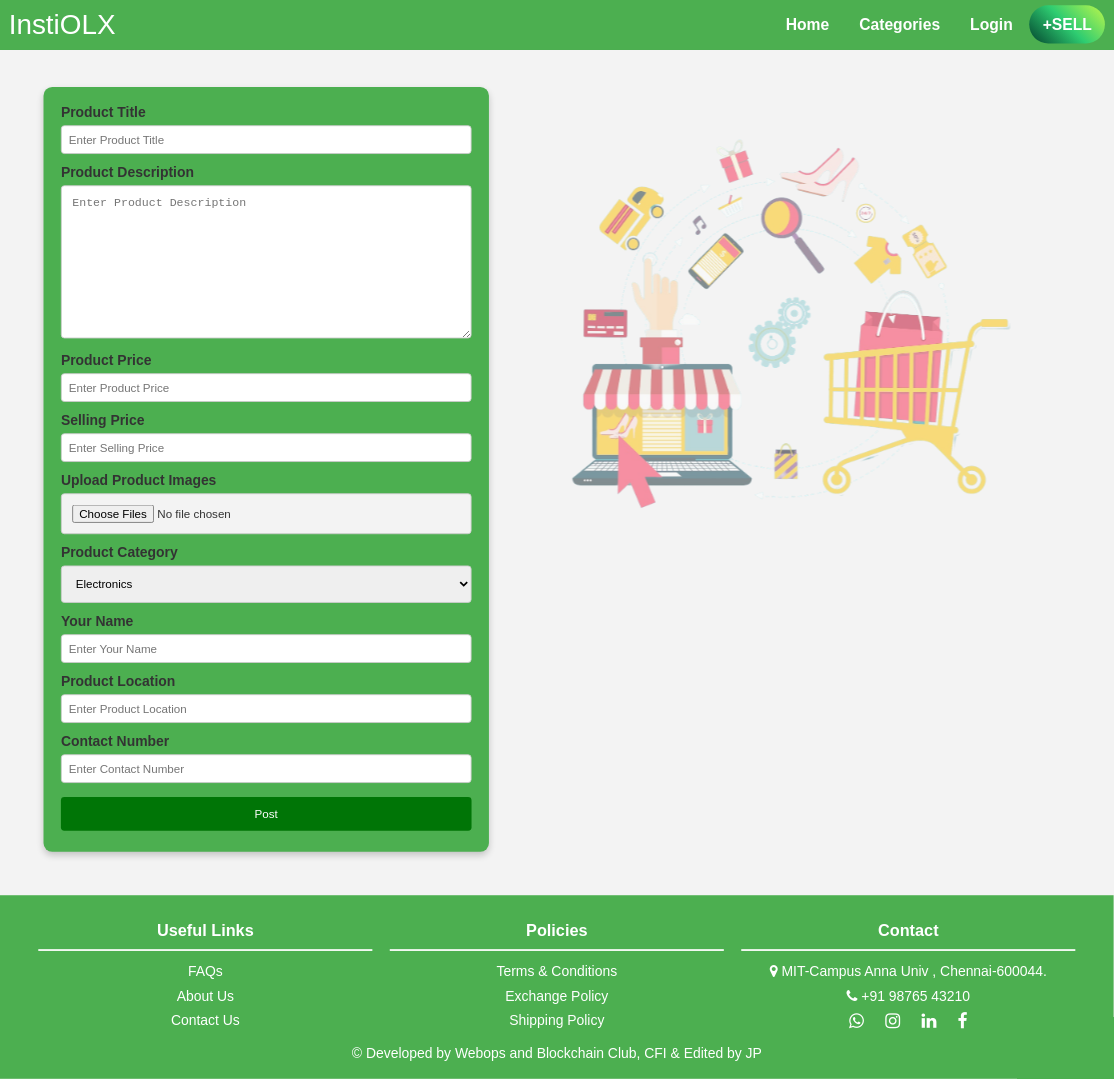
Repository: John-Prabu-A/web-dev-summer-school
Page: Session_1_Assignment/sell.html
The author's editor kept a copy of each file at every save. The page is drawn from the files as they stood at one save, then again after the next save.
The browser window is 1280 px wide. The pictures show the whole page, at 87% of full size.

Above is the page before, as saved 2024-06-20 17:13:38.

### Session_1_Assignment/sell.html
<!DOCTYPE html>
<html lang="en">

<head>
    <meta charset="UTF-8">
    <meta name="viewport" content="width=device-width, initial-scale=1.0">
    <title>InstiOLX</title>
    <link rel="stylesheet" href="Styles.css">
    <link rel="stylesheet" href="https://cdnjs.cloudflare.com/ajax/libs/font-awesome/4.7.0/css/font-awesome.min.css">
    <link rel="stylesheet" href="sell-page.css">
</head>

<body>
    <header>
        <div id="logo">InstiOLX</div>
        <div class="navbar">
            <a href="/Session_1_Assignment/index.html">Home</a>
            <span class="nav-link">
                <a href="#">Categories</a>
                <a href="#">Login</a>
                <a href="/Session_1_Assignment/sell.html"
                    style="background:linear-gradient(45deg, #03442e, #2ECC71 , #BDF74B );text-align:center;border-radius:40px;">+SELL</a>
            </span>
        </div>
    </header>

    <img src="/Session_1_Assignment/sell-page-bg.png" alt="sell-page-image">
    <form action="" class="container" method="post">
        <label for="product-title"><b>Product Title</b></label>
        <input type="text" placeholder="Enter Product Title" name="product-title" required>

        <Lable for="product-description"><b>Product Description</b></Lable>
        <textarea name="product-description" id="product-description" cols="30" rows="10"
            placeholder="Enter Product Description" required></textarea>

        <label for="product-price"><b>Product Price</b></label>
        <input type="text" placeholder="Enter Product Price" name="product-price" required>

        <label for="selling-price"><b>Selling Price</b></label>
        <input type="text" placeholder="Enter Selling Price" name="selling-price" required>

        <!-- multiple photo upload -->
        <label for="product-image"><b>Upload Product Images</b></label>
        <input type="file" name="product-image" id="product-image" multiple required>

        <label for="product-category"><b>Product Category</b></label>
        <select name="product-category" id="product-category" required>
            <option value="electronics">Electronics</option>
            <option value="furniture">Furniture</option>
            <option value="vehicles">Vehicles</option>
            <option value="clothing">Clothing</option>
            <option value="books">Books</option>
            <option value="miscellaneous">Miscellaneous</option>
            <option value="other">Other</option>
        </select>

        <label for="seller-name"><b>Your Name</b></label>
        <input type="text" placeholder="Enter Your Name" name="seller-name" required>

        <label for="product-location"><b>Product Location</b></label>
        <input type="text" placeholder="Enter Product Location" name="product-location" required>

        <label for="product-contact"><b>Contact Number</b></label>
        <input type="text" placeholder="Enter Contact Number" name="product-contact" required>

        <button type="submit">Post</button>
    </form>
    <footer class="footer">
        <div class="footer-container">
            <div class="footer-column">
                <h3>Useful Links</h3>
                <ul>
                    <li><a href="#">FAQs</a></li>
                    <li><a href="#">About Us</a></li>
                    <li><a href="#">Contact Us</a></li>
                </ul>
            </div>
            <div class="footer-column">
                <h3>Policies</h3>
                <ul>
                    <li><a href="#">Terms & Conditions</a></li>
                    <li><a href="#">Exchange Policy</a></li>
                    <li><a href="#">Shipping Policy</a></li>
                </ul>
            </div>
            <div class="footer-column">
                <h3>Contact</h3>
                <p><i class="fa fa-map-marker"></i> MIT-Campus Anna Univ , Chennai-600044.</p>
                <p><i class="fa fa-phone"></i> +91 98765 43210</p>
                <div class="social-icons">
                    <a href="#" class="fa fa-whatsapp"></a>
                    <a href="#" class="fa fa-instagram"></a>
                    <a href="#" class="fa fa-linkedin"></a>
                    <a href="#" class="fa fa-facebook"></a>
                </div>
            </div>
            © Developed by Webops and Blockchain Club, CFI & Edited by JP
        </div>
    </footer>
</body>

</html>

### Session_1_Assignment/Styles.css
* {
    box-sizing: border-box;
    margin: 0;
    padding: 0;
}

body {
    font-family: 'Gill Sans', 'Gill Sans MT', Calibri, 'Trebuchet MS', sans-serif;
    background-color: white;
    color: #333;
}

header{
    background-color: #4CAF50;
    color: white;
    padding: 10px;
    display: flex;
    justify-content: space-between;
    align-items: center;
    position: fixed;
    width: 100%;
    z-index: 100;
  }
  header #logo {
    font-size: 2em;
  }

  header .navbar a{
    color: white;
    font-weight: bold;
    font-size: 18px;
    padding: 12px 15px;
    text-decoration: none;
  }
  header .navbar a:hover{
    background-color: #45a049;
  }
.banner {
    position: relative;
    padding: 60px 0 0 0;
}

.banner img {
    width: 100%;
}

.search-bar {
    margin: 20px;
    display: flex;
    justify-content: center;
}

.search-bar input[type="text"] {
    width: 300px;
    padding: 10px;
    border: 2px solid #4CAF50;
    border-radius: 5px 0 0 5px;
    border-right: 0;
    outline: none;             /*On starting to type it creates balck border by default,so to avoid it v use this*/
}

.search-bar button {
    padding: 10px 20px;
    border: 2px solid #4CAF50;
    border-left: 0;
    background-color: #4CAF50;
    color: white;
    cursor: pointer;
    border-radius: 0 5px 5px 0;
}

.search-bar button:hover {
    background-color: #45a049;
}

.slideshow-container {
    display: flex;
    justify-content: center;
    gap: 50px;
    flex-wrap: wrap;
}

.slideshow {
    position: relative;
    width: 350px;
    height: 350px;
    overflow: hidden;
    border-radius: 20px;
    border: 2px solid #ddd;
    box-shadow: 0 0 10px rgba(0, 0, 0, 0.1);
}

.slideshow-image {
    position: absolute;
    width: 100%;
    height: 100%;
    background-size: cover;
    opacity: 0;
    animation-iteration-count: infinite;
}

.image1 { background-image: url('https://encrypted-tbn0.gstatic.com/images?q=tbn:ANd9GcQVwGVsuaL7RGKo6A_Sqq83s5_6XYFMhHsjug&s');
          animation-name: fade1;
          animation-duration: 4s; }
.image2 { background-image: url('https://5.imimg.com/data5/WS/NI/FV/SELLER-11710265/mad-maxx-bicycles-avengers-single-kids-cycle-500x500.jpg');
          animation-name: fade2;
          animation-duration: 4s; }
.image3 { background-image: url('https://5.imimg.com/data5/SELLER/Default/2022/7/YX/MH/UK/153492086/pulsar-150cc-twin-disk-500x500.png');
          animation-name: fade3;
          animation-duration: 4s; }
.image4 { background-image: url('https://cpimg.tistatic.com/07673503/b/4/Toyota-Innova-Crysta.jpg');
          animation-name: fade1;
          animation-duration: 4s; }
.image5 { background-image: url('https://tiimg.tistatic.com/fp/1/007/862/most-advanced-modern-premium-lg-7-kg-front-fully-automatic-washing-machine-255.jpg');
          animation-name: fade2;
          animation-duration: 4s; }
.image6 { background-image: url('https://5.imimg.com/data5/SELLER/Default/2022/3/MI/KE/UL/19250422/whirlpool-1-0-ton-3-star-inverter-split-ac-500x500.jpg');
          animation-name: fade3;
          animation-duration: 4s; }
.image7 { background-image: url('https://5.imimg.com/data5/SELLER/Default/2021/8/HZ/XR/AC/8962391/household-vacuum-cleaner-500x500.jpg');
          animation-name: fade1;
          animation-duration: 4s; }
.image8 { background-image: url('https://static.nbastore.in/resized/500X500/50/nba-authentic-series-indoor-outdoor-basketball-size-7-brown-65146fd7e6af2.jpg');
          animation-name: fade2;
          animation-duration: 4s; }
.image9 { background-image: url('https://m.media-amazon.com/images/I/61KOc8c4xQL._SL1200_.jpg');
          animation-name: fade3;
          animation-duration: 4s; }

@keyframes fade1 {
    0%, 33.33% { opacity: 1; }
    33.34%, 100% { opacity: 0; }
}
@keyframes fade2 {
    0%, 33.33% { opacity: 0; }
    33.34%, 66.66% { opacity: 1; }
    66.67%, 100% { opacity: 0; }
}
@keyframes fade3 {
    0%, 66.66% { opacity: 0; }
    66.67%, 100% { opacity: 1; }
}

.container {
    position: relative;
    max-width: 100%;
  }

    .image {
        opacity: 1;
        display: block;
        width: 100%;
        height: auto;
    }

  .middle {
    opacity: 0;
    width: 80%;
    position: absolute;
    top: 50%;
    left: 50%;
    transform: translate(-50%, -50%);
    text-align: center;
  }
  .text {
    color: #4CAF50;
    font-size: 16px;
    padding: 16px 32px;
  }
  .container:hover .image {
    opacity: 0.3;
  }

  .container:hover .middle {
    opacity: 1;
  }


.product-listings {
    display: flex;
    flex-wrap: wrap;
    justify-content: center;
    margin: 20px;
    border: 5px solid #4CAF50;
    border-radius: 15px;
    padding: 25px;
}

.product {
    background-color: white;
    border: 2px solid #e0e0e0;
    border-radius: 10px;
    margin: 30px;
    padding: 15px;
    width: 220px;
    text-align: center;
    transition: transform 0.5s, box-shadow 0.3s;
}

.product:hover {
    box-shadow: 0 4px 8px rgba(0, 0, 0, 0.2);
    transform: scale(1.05);
}

.product img {
    max-width: 100%;
    border-bottom: 1px solid #e0e0e0;
    margin-bottom: 10px;
}

.product-info h2 {
    font-size: 1.2em;
    margin-bottom: 10px;
    color: #4CAF50;
}

.product-info p {
    font-size: 1em;
    color: #777;
}

.footer {
    background-color: #4CAF50;
    color: white;
    text-align: center;
    padding: 20px 0;
    margin-top: 40px;
}

.footer-container {
    display: flex;
    flex-wrap: wrap;
    justify-content: center;
}

.footer-column {
    width: 30%;
    margin: 10px;
}

.footer-column h3 {
    border-bottom: 2px solid #fff;
    padding-bottom: 10px;
    margin-bottom: 15px;
}

.footer-column ul {
    list-style-type: none;
}

.footer-column ul li {
    margin: 10px ;
}

.footer-column ul li a {
    color: white;
    text-decoration: none;
}

.footer-column p {
    margin-top: 10px;
}

.footer-column .social-icons {
    margin-top: 10px;
}

.footer-column .social-icons a {
    color: white;
    text-decoration: none;
    margin: 0 10px;
    font-size: 20px;
}


@media screen and (max-width: 780px) {

    .slideshow-container {
        flex-direction: column;
        gap: 20px;
    }

    .slideshow {
        margin:auto;
    }

    .nav-link {
        display: none;
    }

    .middle {
        display: none;
    }

    .product {
        width: 100%;
    }
    .product-listings {
        margin: 10px;
    }
    .footer-column {
        width: 100%;
    }
    .footer-column ul {
        text-align: center;
    }
    .footer-column .social-icons {
        text-align: center;
    }
    .footer-column .social-icons a {
        margin: 0 5px;
    }
}

### Session_1_Assignment/sell-page.css
body {
    font-family: Arial, Helvetica, sans-serif;
    background-color: #f3f3f3;
}

img {
    display: block;
    position: fixed;
    right: 0;
    top: 15%;
    padding: 16px;
    width: 60%;
    height: auto;
    z-index: -1;
    box-sizing: border-box;
    opacity: 0.5;
    transition: opacity 0.2s ease-out;
}

.sticky-container {
    position: -webkit-sticky;
    position: sticky;
    top: 0;
    height: 100px;
}

.container {
    display: block;
    position: relative;
    top: 100px;
    padding: 16px;
    margin: 0 20px 150px 50px;
    background-color: #4CAF50;
    padding: 20px;
    width: 40%;
    border-radius: 10px;
    box-shadow: 0 4px 8px 0 rgba(0, 0, 0, 0.2);
}

input[type=text],
select,
textarea {
    width: 100%;
    padding: 8px;
    border: 1px solid #ccc;
    border-radius: 4px;
    box-sizing: border-box;
    margin-top: 6px;
    margin-bottom: 12px;
    resize: vertical;
}

button {
    background-color: #007506;
    color: white;
    padding: 12px 20px;
    margin: 4px 0;
    border: 2px none #007506;
    border-radius: 4px;
    cursor: pointer;
    width: 100%;
}

button:hover {
    background-color: #fff;
    color: #007506;
    border: 2px solid #007506;
    transform: scale(1.02);
    transition: 0.2s;
}

.container label {
    font-weight: bold;
}

.container select {
    width: 100%;
    padding: 12px;
    border: 1px solid #ccc;
    border-radius: 4px;
    box-sizing: border-box;
    margin-top: 6px;
    margin-bottom: 12px;
    resize: vertical;
}

.container textarea {
    width: 100%;
    padding: 12px;
    border: 1px solid #ccc;
    border-radius: 4px;
    box-sizing: border-box;
    margin-top: 6px;
    margin-bottom: 12px;
    resize: vertical;
}

.container input[type=file] {
    width: 100%;
    padding: 12px;
    border: 1px solid #ccc;
    background-color: #f3f3f3;
    border-radius: 4px;
    box-sizing: border-box;
    margin-top: 6px;
    margin-bottom: 12px;
    resize: vertical;
}

@media (max-width: 768px) {
    .product-listings {
        margin: 10px;
    }

    .product {
        margin: 10px;
    }

    img {
        width: 100%;
        margin: 0 auto;
        top: 50px;
        display: block;
        position: relative;
    }

    .container {
        width: 80dvw;
        margin-top: 0px;
        top: 0;
    }

    .footer-column {
        width: 100%;
    }
}

After the next save:
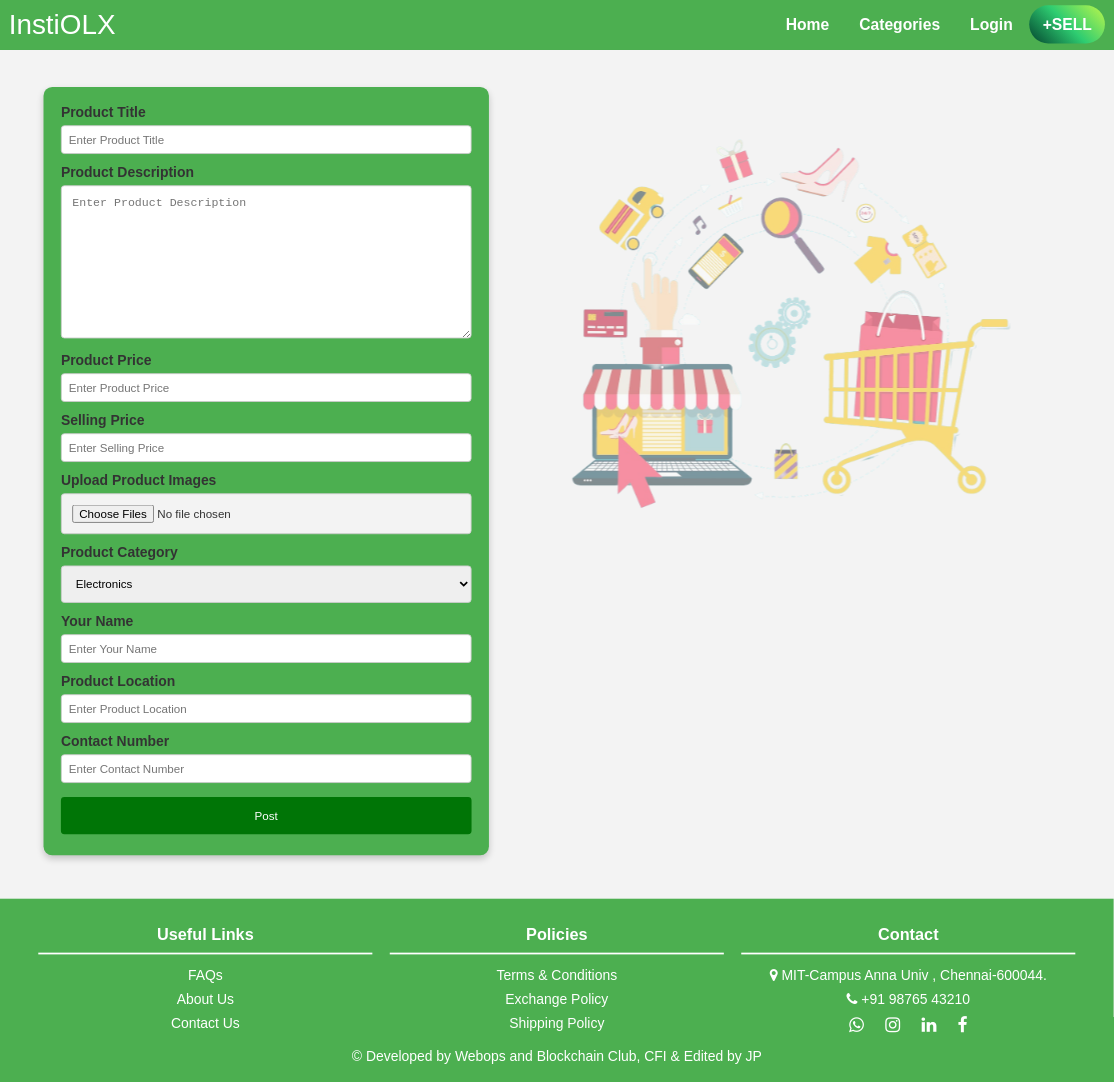
Saved 24 s later.
--- a/Session_1_Assignment/sell-page.css
+++ b/Session_1_Assignment/sell-page.css
@@ -55,7 +55,7 @@ button {
     color: white;
     padding: 12px 20px;
     margin: 4px 0;
-    border: 2px none #007506;
+    border: 2px solid #007506;
     border-radius: 4px;
     cursor: pointer;
     width: 100%;
